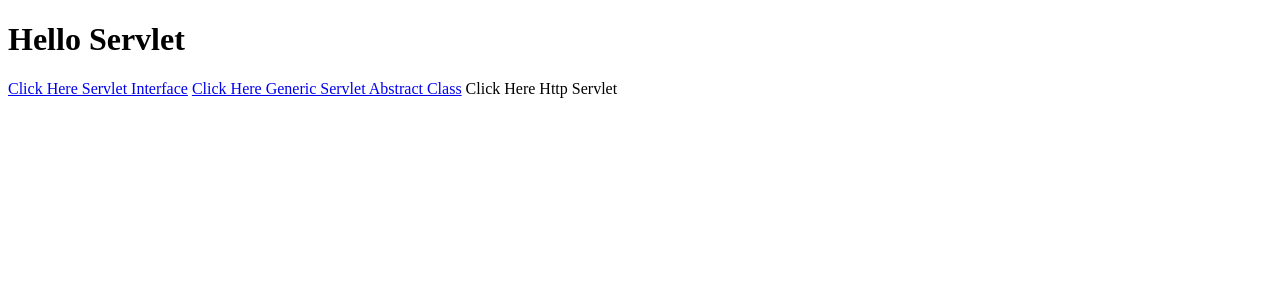
Repository: ynnuSunny/Java-Web-Basics
Page: 01-Servlet-App/WebContent/index.html
The author's editor kept a copy of each file at every save. The page is drawn from the files as they stood at one save, then again after the next save.
The browser window is 1280 px wide. The pictures show the whole page.

Above is the page before, as saved 2023-03-25 07:01:03.

After the next save:
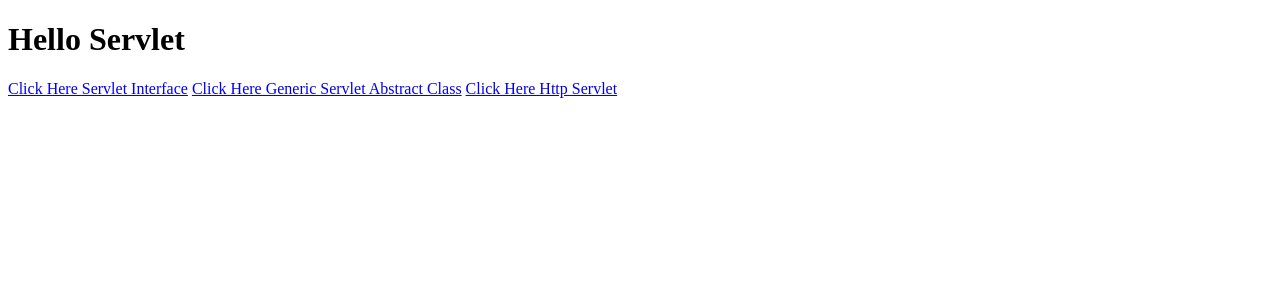
Saved 34 s later.
--- a/01-Servlet-App/WebContent/index.html
+++ b/01-Servlet-App/WebContent/index.html
@@ -9,6 +9,6 @@
 <h1>Hello Servlet</h1>
 <a href="app">Click Here Servlet Interface</a>
 <a href="generic-app"> Click Here Generic Servlet Abstract Class</a>
-<a herf="http-app" >Click Here Http Servlet</a>
+<a href="http-app" >Click Here Http Servlet</a>
 </body>
 </html>
